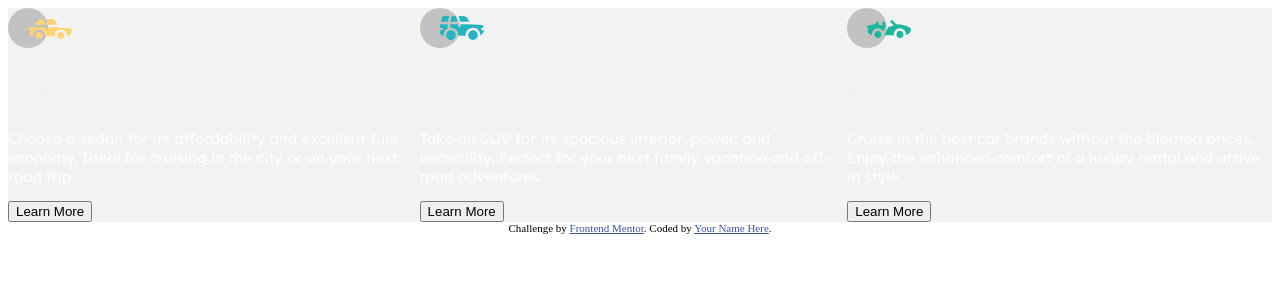
Repository: viniciussnt/3-column-preview-card
Page: index.html
The author's editor kept a copy of each file at every save. The page is drawn from the files as they stood at one save, then again after the next save.
The browser window is 1280 px wide. The pictures show the whole page.

Above is the page before, as saved 2023-09-15 11:03:20.

After the next save:
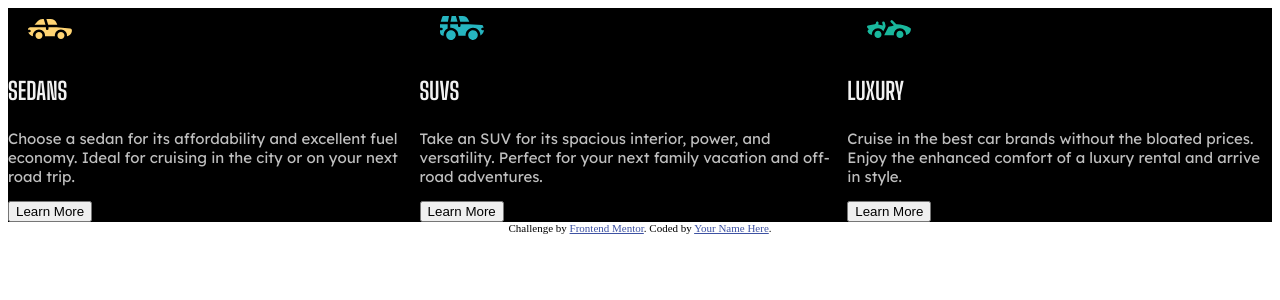
Saved 9 s later.
--- a/styles/style.css
+++ b/styles/style.css
@@ -10,7 +10,7 @@
 @import url('https://fonts.googleapis.com/css2?family=Big+Shoulders+Display:wght@700&family=Lexend+Deca&display=swap');
 
 .container {
-    background-color: var(--color-secondary);
+    background-color: #000;
 }
 
 article {
